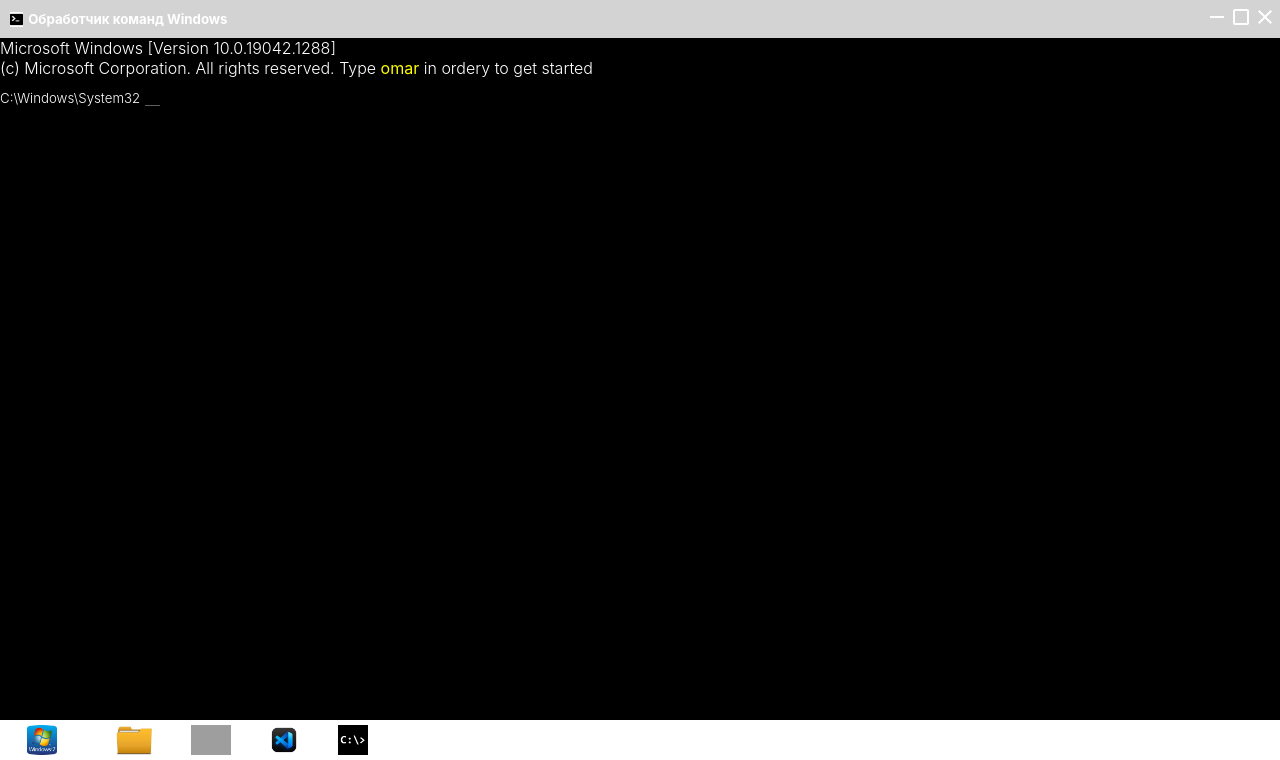
Repository: om1ars/cmd-port
Page: /
The author's editor kept a copy of each file at every save. The page is drawn from the files as they stood at one save, then again after a run of saves.
The browser window is 1280 px wide. The pictures show the whole page.
Pictures or frames that could not be fetched are drawn as grey boxes. The project was rebuilt for these pictures with package versions that can differ from the ones it lists, and the page was loaded fresh each time.

Above is the page before, as saved 2021-11-04 17:05:29.

After the next 2 saves:
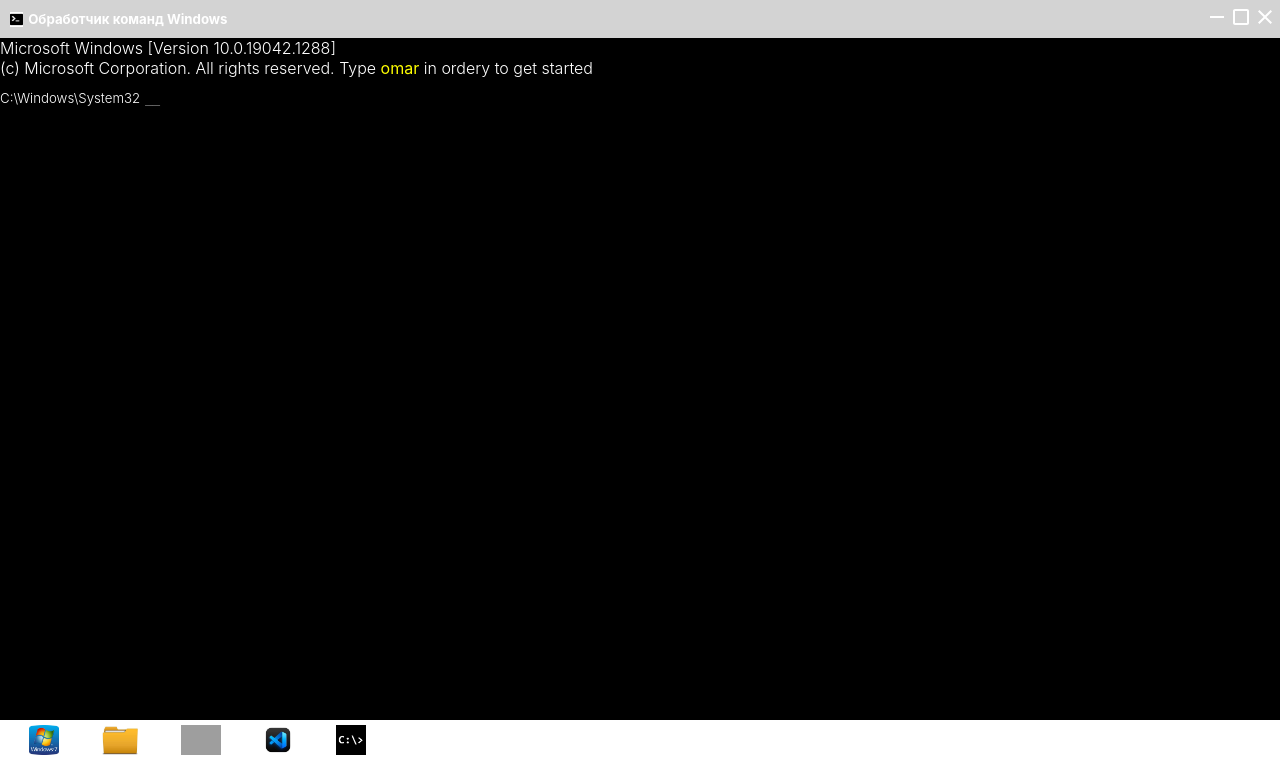
The 2 saves are shown as one change because they came seconds apart.
The last was saved 8 s later.
--- a/src/styles.css
+++ b/src/styles.css
@@ -105,7 +105,7 @@
   object-fit: contain;
   cursor: pointer;
 }
-
+.icons:
 .windows {
   margin-right: 20px;
 }

After the save that followed:
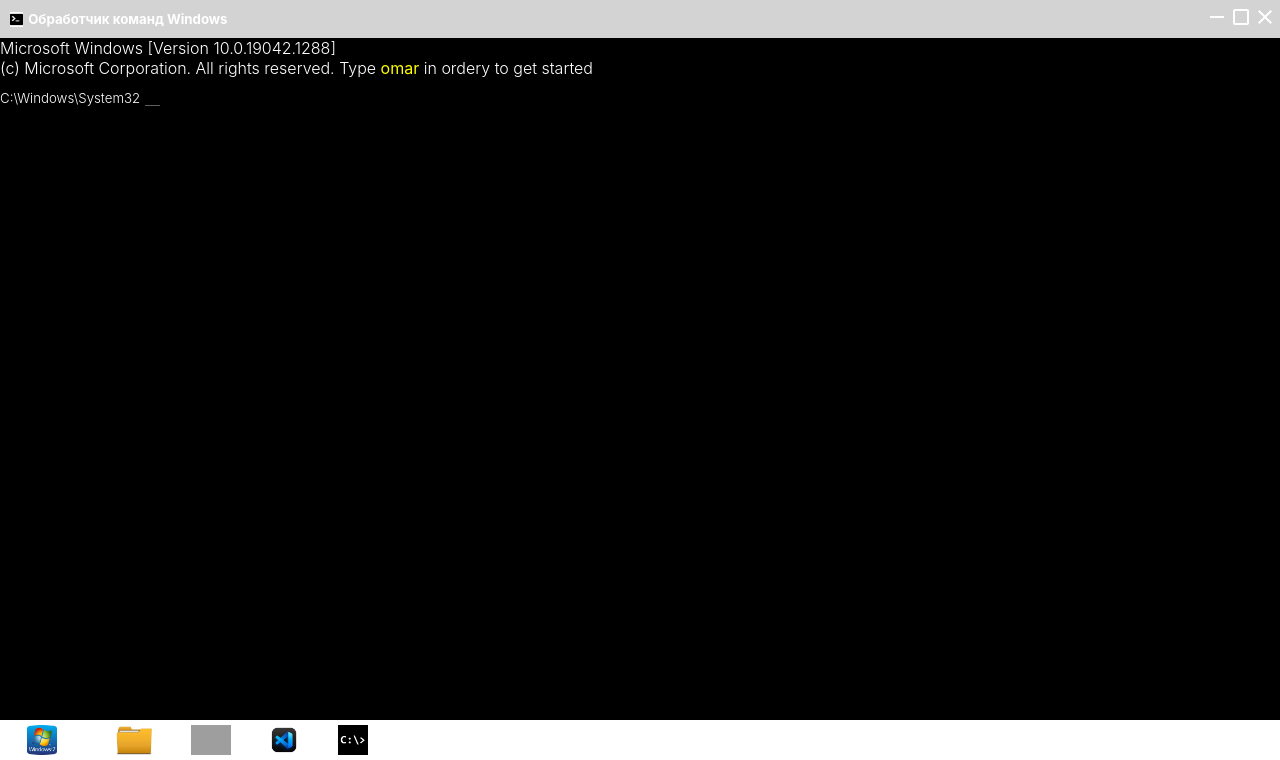
Saved 10 s later.
--- a/src/styles.css
+++ b/src/styles.css
@@ -105,7 +105,9 @@
   object-fit: contain;
   cursor: pointer;
 }
-.icons:
+.icons:hover > img {
+  background-color: lightgray;
+}
 .windows {
   margin-right: 20px;
 }
